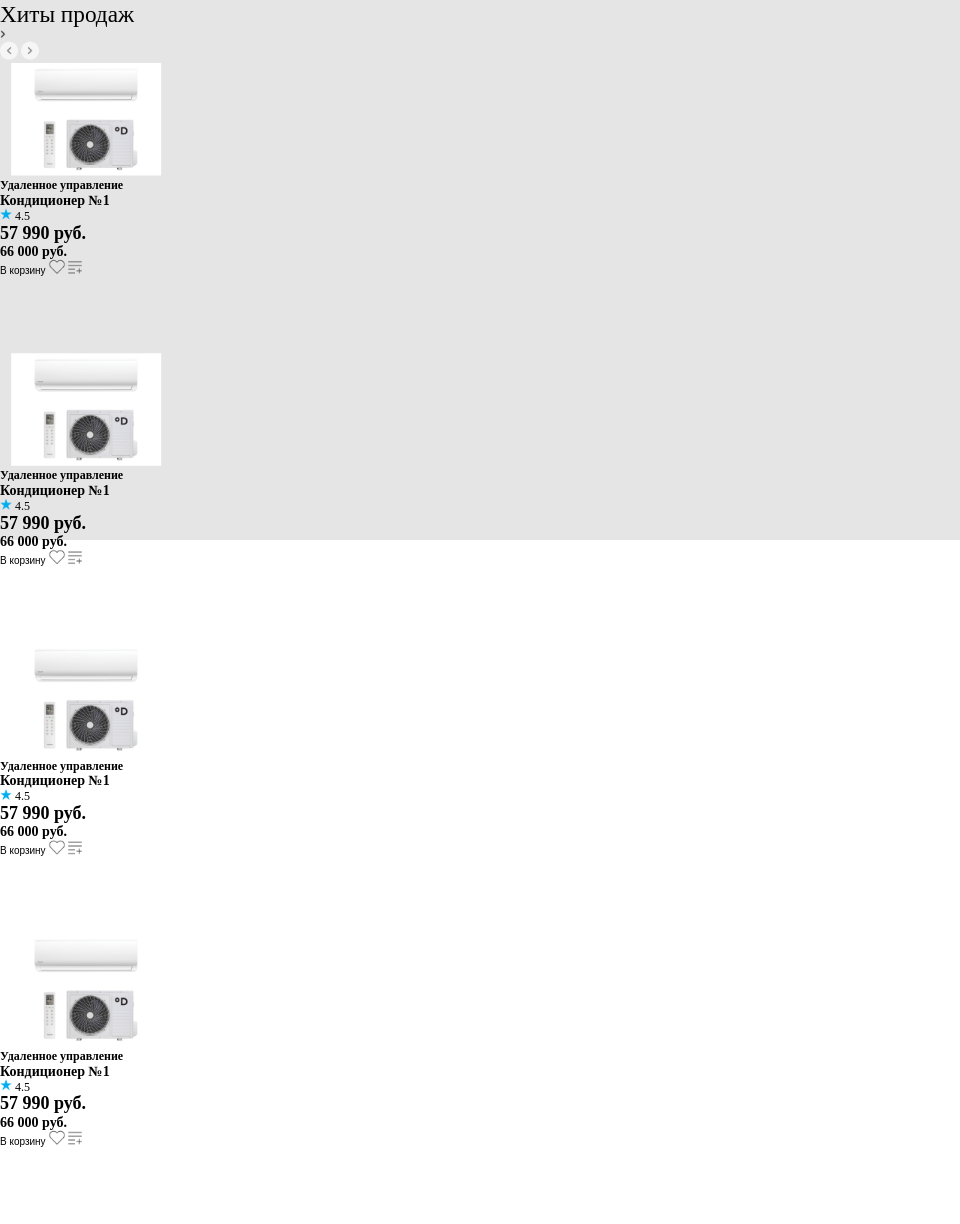
Repository: NikaMana/us
Page: index.html
The author's editor kept a copy of each file at every save. The page is drawn from the files as they stood at one save, then again after the next save.
The browser window is 1280 px wide. The pictures show the whole page, at 75% of full size.

Above is the page before, as saved 2021-09-15 15:18:31.

After the next save:
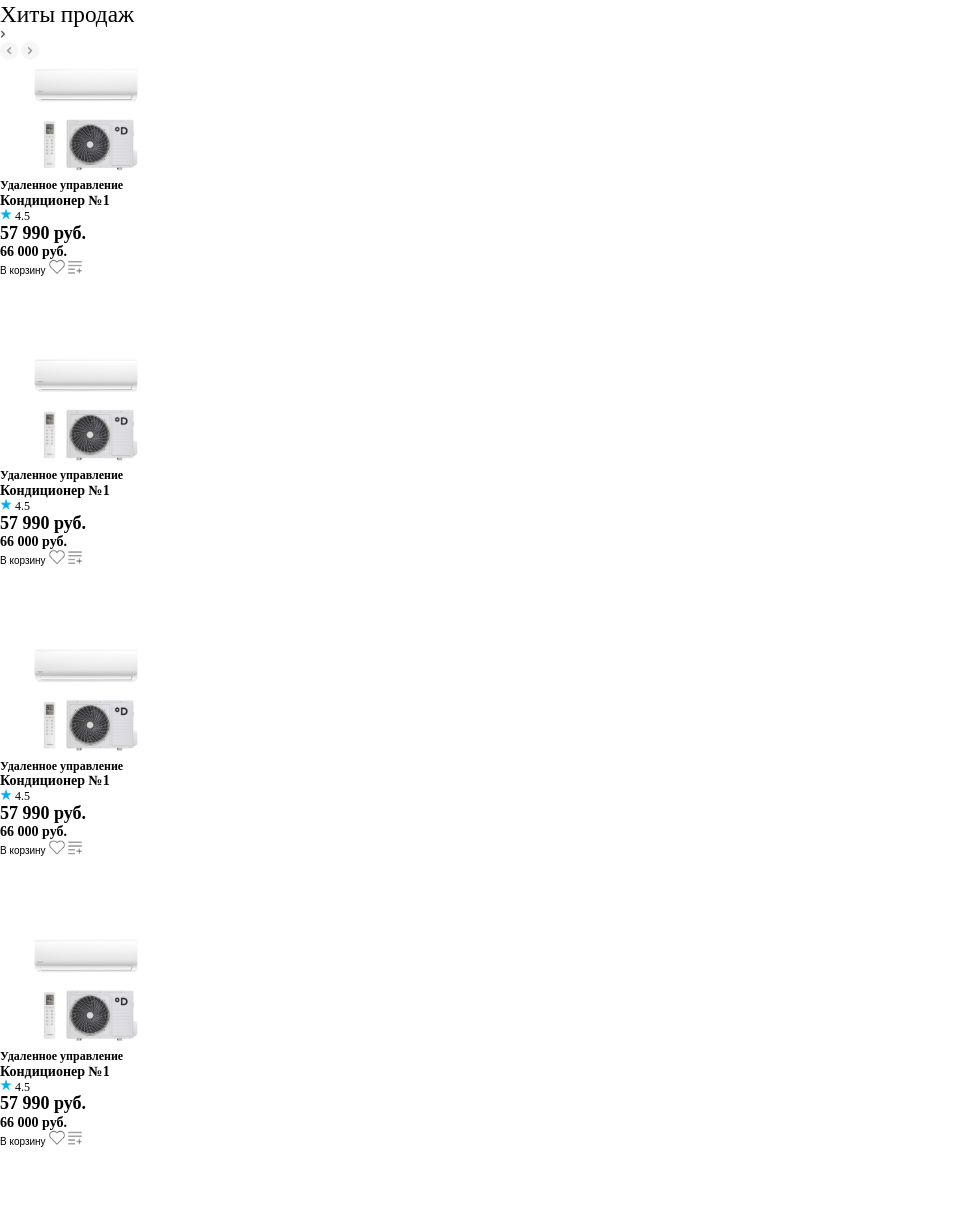
Saved 33 s later.
--- a/styles.css
+++ b/styles.css
@@ -16,7 +16,6 @@ h1, h2,h3,h4,h5{
   width: 100%;
   height: 100%;
   z-index: 0;
-  background-color: #E5E5E5;
 }
 
 .welcome__hits{
